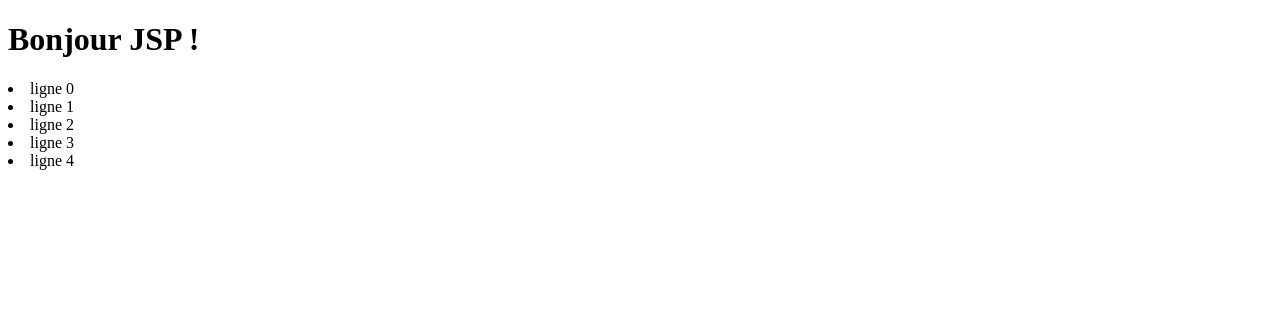
Repository: Kahefsay/javaEE
Page: http://localhost/ApsioTest/Bonjour.jsp
These files come from the project's save history. The page is drawn as it stood at one moment and after the next save; the edit follows.
The browser window is 1280 px wide. The pictures show the whole page.
The page is served by Tomcat 9.

Above is the page before, as saved 2018-01-31 09:05:04.

After the next save:
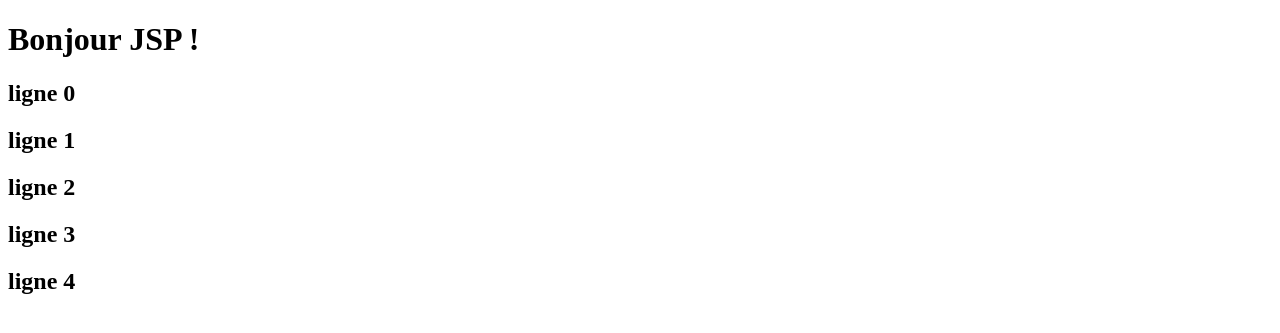
Saved 3 min 25 s later.
--- a/ApsioTest/WebContent/Bonjour.jsp
+++ b/ApsioTest/WebContent/Bonjour.jsp
@@ -12,7 +12,7 @@
 
 <%
 	for (int i=0; i<5; i++){
-		out.println("<li> ligne " + i + "</li>");
+		out.println("<h2> ligne " + i + "</h2>");
 	}
 %>
 
